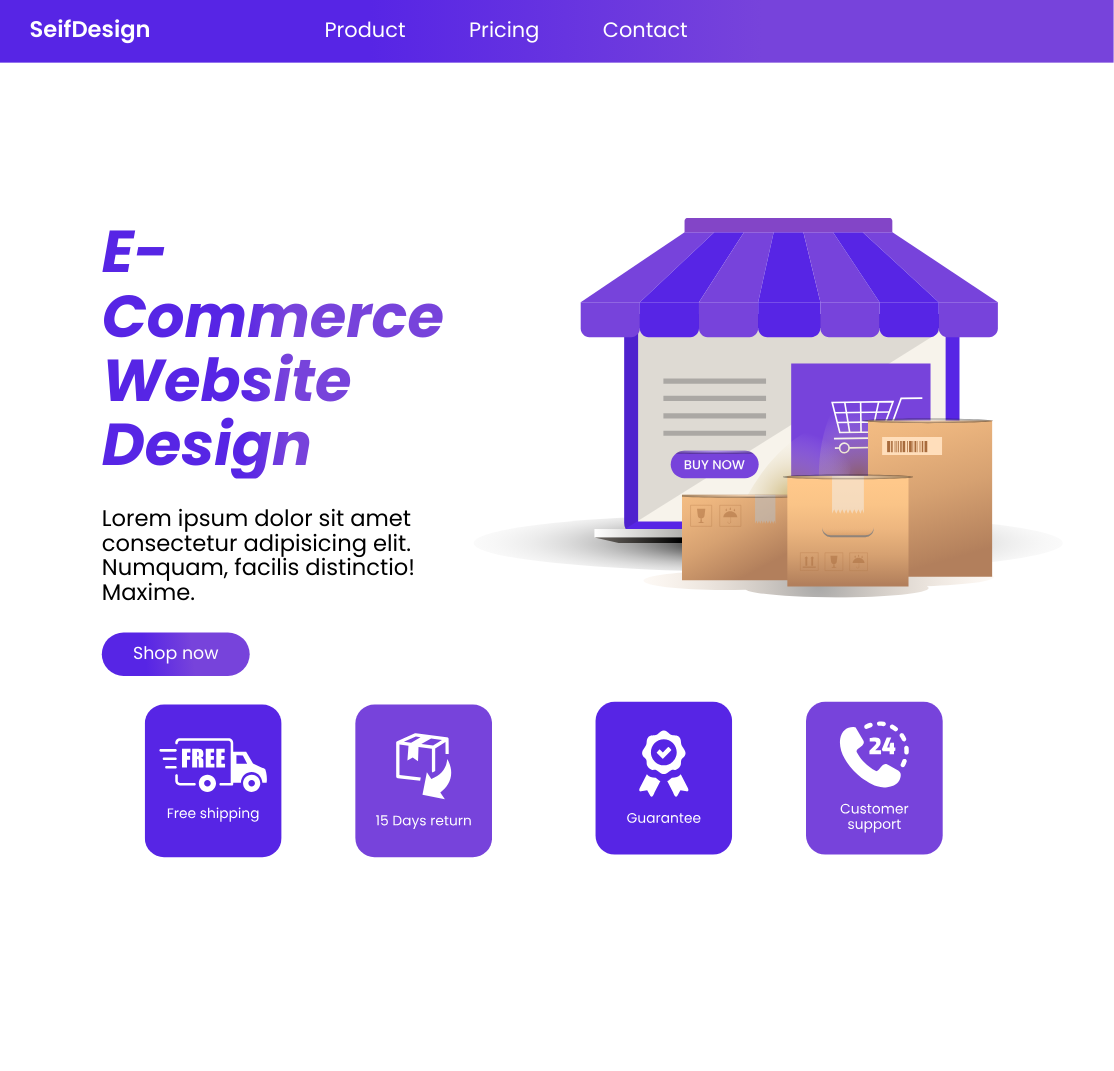
Repository: NatiqSamiyev/commers-desing-JS
Page: index.html
The author's editor kept a copy of each file at every save. The page is drawn from the files as they stood at one save, then again after the next save.
The browser window is 1280 px wide. The pictures show the whole page, at 87% of full size.
Some web fonts or font styles are not loaded; a fallback is used.

Above is the page before, as saved 2023-11-06 11:29:15.

After the next save:
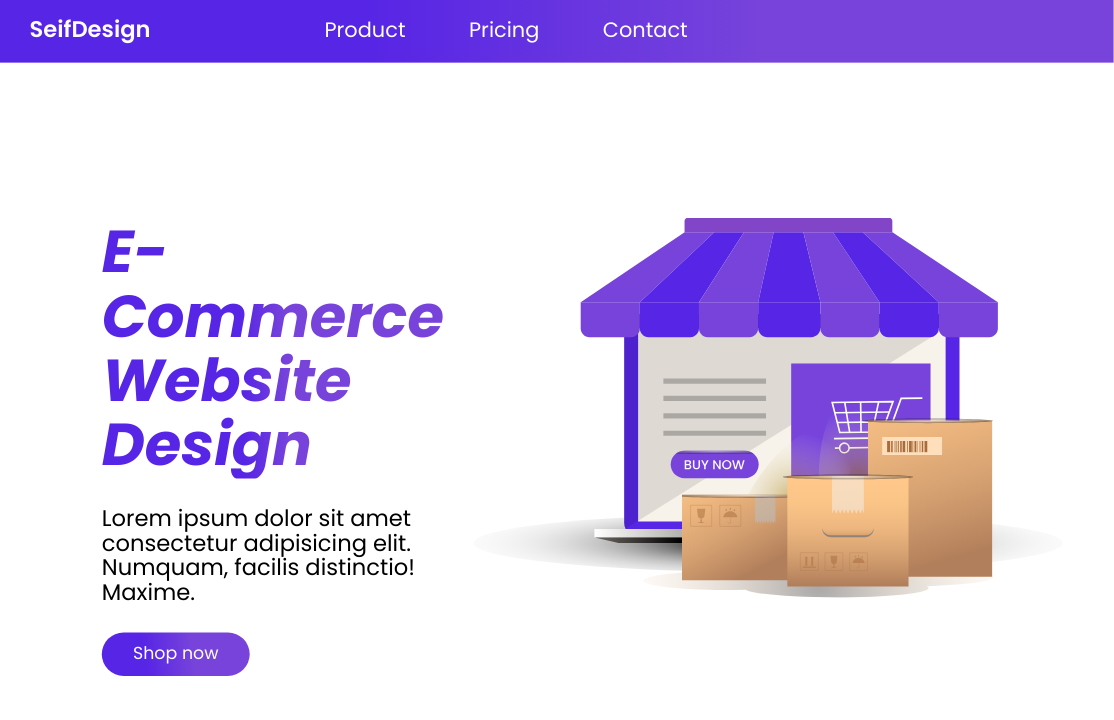
Saved 4 s later.
--- a/index.html
+++ b/index.html
@@ -45,17 +45,7 @@
         </div>
       </main>
 
-      <div class="bottom-container">
-        <div class="box-1">
-          <img src="./image/Frame 12.svg" alt="" />
-          <img src="./image/Frame 11.svg" alt="" />
-        </div>
-       <div class="box-2">
-        <img src="./image/Frame 10.svg" alt="" />
-        <img src="./image/Frame 13.svg" alt="" />
-       </div>
 
-      </div>
   </body>
   <script src="./index.js"></script>
 </html>
